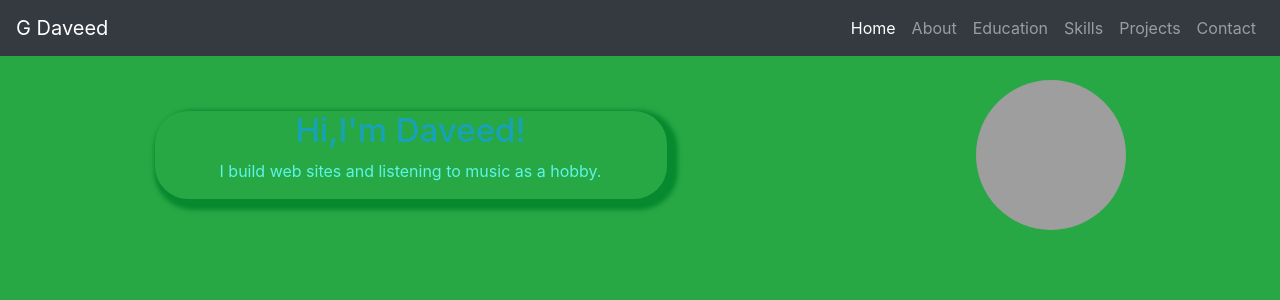
Repository: DaveedGangi/DaveedWebsite
Page: one.html
The author's editor kept a copy of each file at every save. The page is drawn from the files as they stood at one save, then again after a run of saves.
The browser window is 1280 px wide. The pictures show the whole page.
Pictures or frames that could not be fetched are drawn as grey boxes.

Above is the page before, as saved 2023-10-23 11:38:04.

After the next 2 saves:
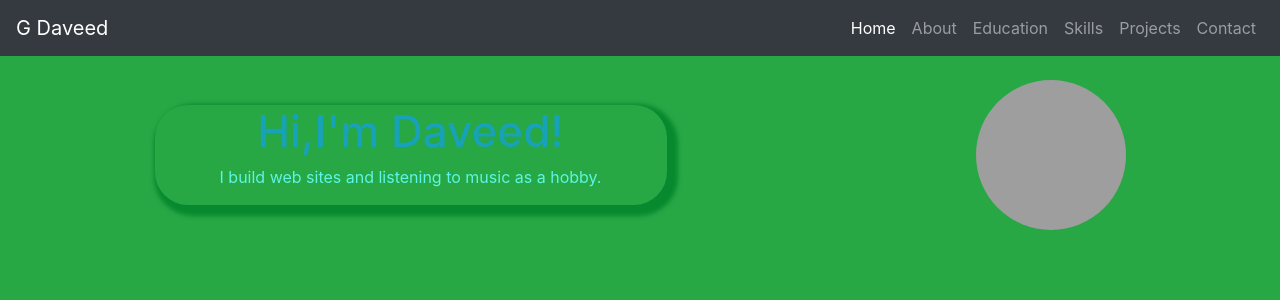
The 2 saves are shown as one change because they came seconds apart.
The last was saved 57 s later.
--- a/two.css
+++ b/two.css
@@ -28,5 +28,5 @@
     box-shadow:5px 5px 4px 6px rgb(7, 138, 47);
 }
 .hi{
-    font-size:33px;
+    font-size:44px;
 }
